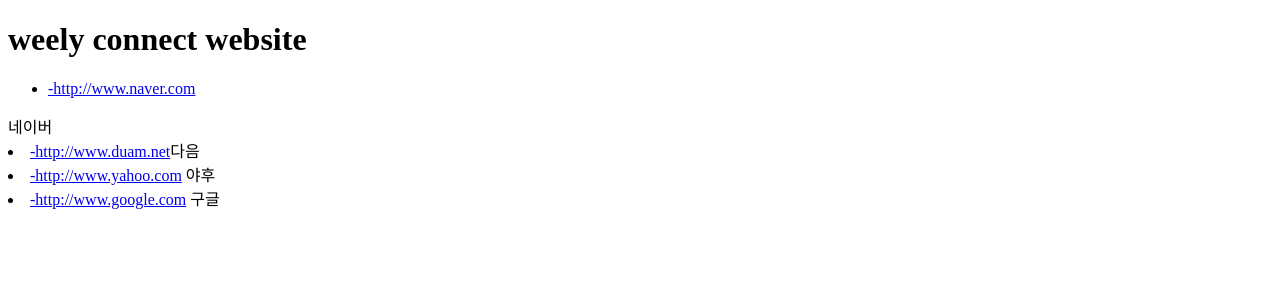
Repository: luna2222/web
Page: 01HTML5/WebContent/[8강]CSS3선택자2/08_02l.html
An editor plug-in stored every save of this project. The page is shown before and after the next save, followed by the edit.
The browser window is 1280 px wide. The pictures show the whole page.

Above is the page before, as saved 2019-02-19 08:16:33.

After the next save:
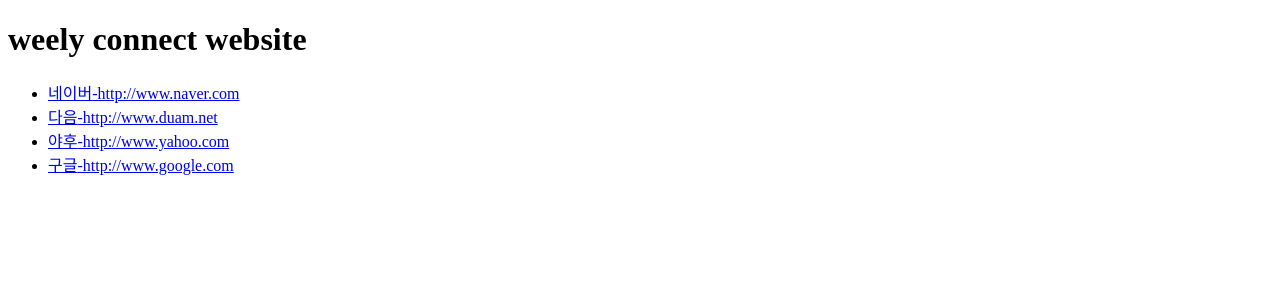
Saved 2 min 45 s later.
--- a/01HTML5/WebContent/[8강]CSS3선택자2/08_02l.html
+++ b/01HTML5/WebContent/[8강]CSS3선택자2/08_02l.html
@@ -34,10 +34,10 @@
  		</div>
  		<div id="content">
  			<ul>
- 			<li><a href="http://www.naver.com" target="_blank"></a></ul>네이버</a></li>
- 			<li><a href="http://www.duam.net" target="_blank"></a></ul>다음</a></li>
- 			<li><a href="http://www.yahoo.com"target="_blank"></a></ul> 야후</a></li>
- 			<li><a href="http://www.google.com"target="_blank"></a></ul> 구글</a></li>
+ 			<li><a href="http://www.naver.com" target="_blank">네이버</a></li>
+ 			<li><a href="http://www.duam.net" target="_blank">다음</a></li>
+ 			<li><a href="http://www.yahoo.com"target="_blank"> 야후</a></li>
+ 			<li><a href="http://www.google.com"target="_blank"> 구글</a></li>
  			</ul>
  			</div>
 </body>
